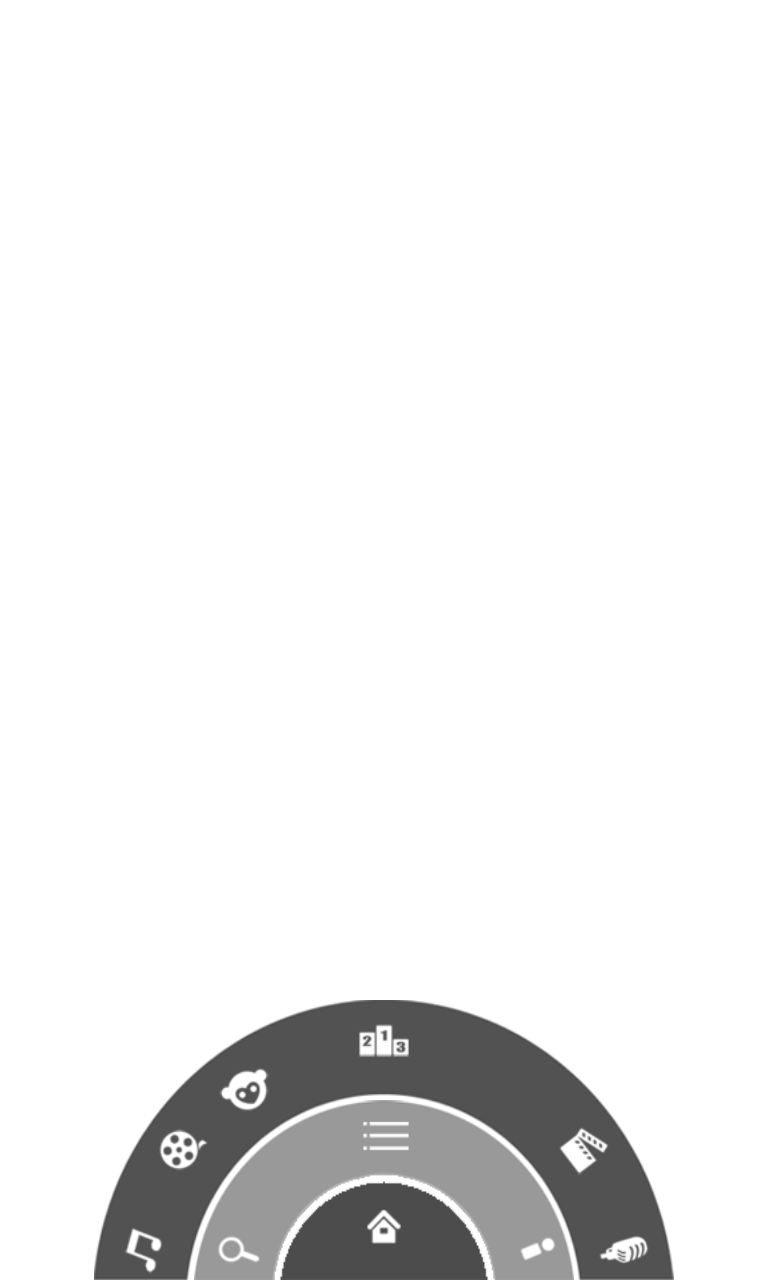
Repository: ASmouse/View
Layout: 02_UkuDemo14/res/layout/activity_main.xml
An editor plug-in stored every save of this project. The layout is shown before and after the next save, followed by the edit.
It is drawn on a 768 x 1280 px phone screen (xhdpi) without system bars, with theme AppTheme; the app's code is not run.

Above is the layout before, as saved 2015-10-24 03:10:43.

After the next save:
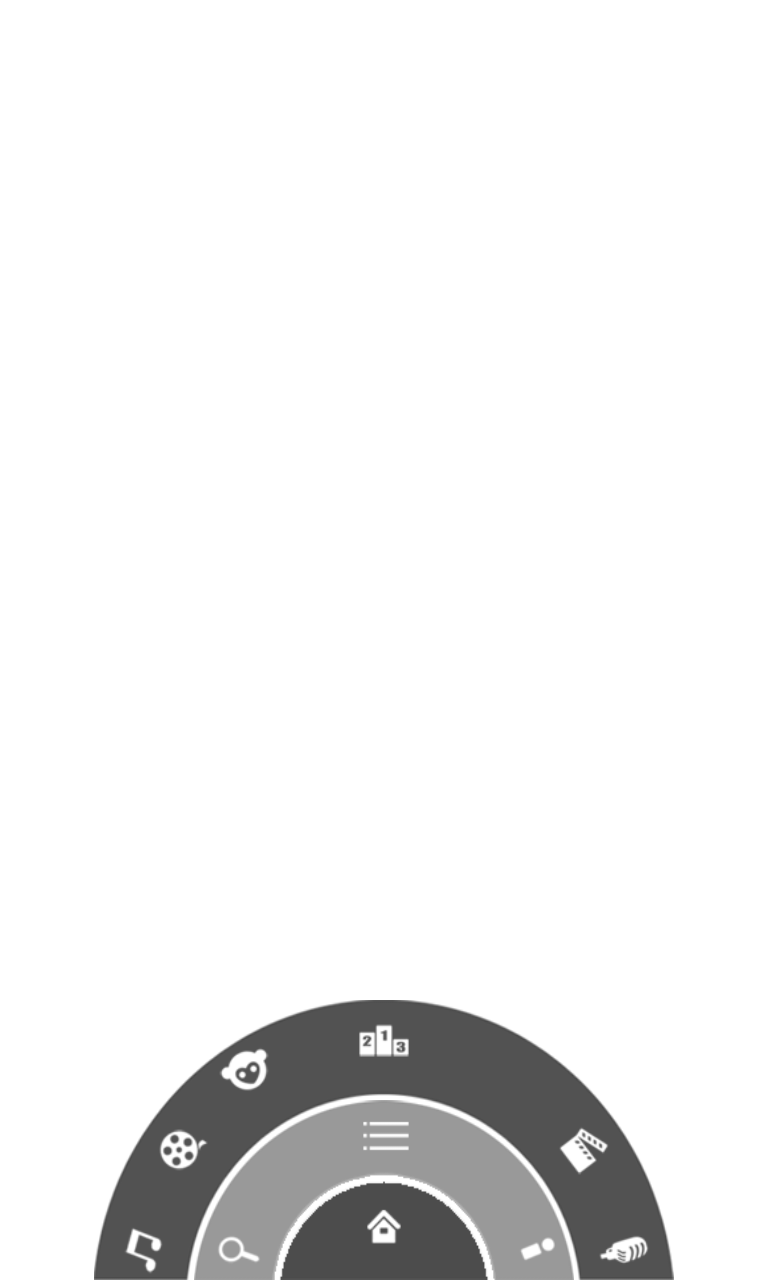
Saved 14 s later.
--- a/02_UkuDemo14/res/layout/activity_main.xml
+++ b/02_UkuDemo14/res/layout/activity_main.xml
@@ -135,7 +135,7 @@
             android:layout_width="wrap_content"
             android:layout_height="wrap_content"
             android:layout_above="@id/channel2"
-
+       		android:layout_marginBottom="10dip"
             android:src="@drawable/channel3" />
     </RelativeLayout>
 
